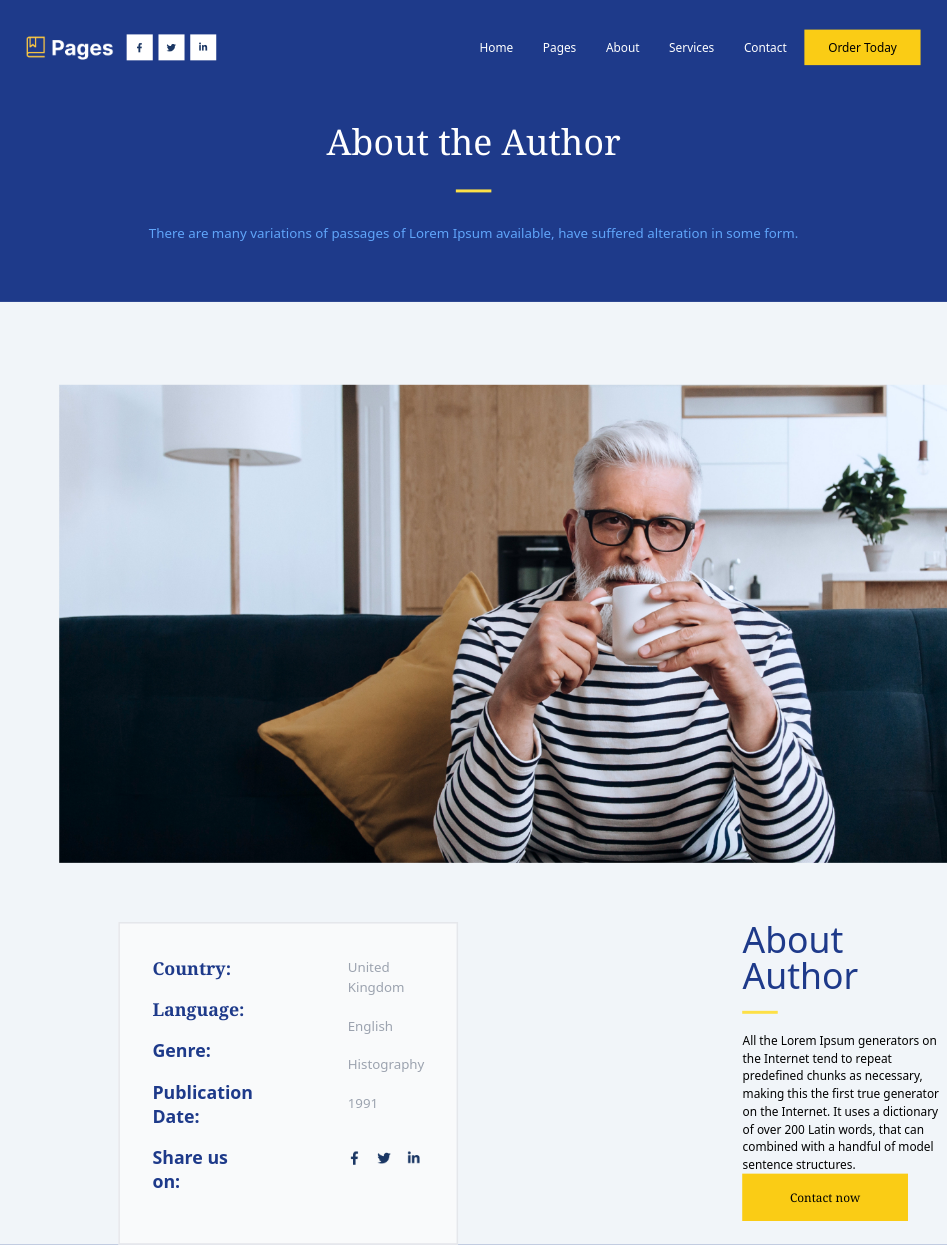
Repository: Godnorg/Class3
Page: index.html
The author's editor kept a copy of each file at every save. The page is drawn from the files as they stood at one save, then again after the next save.
The browser window is 1280 px wide. The pictures show the whole page, at 74% of full size.
Some web libraries are served in a nearby version.

Above is the page before, as saved 2023-02-20 02:48:28.

After the next save:
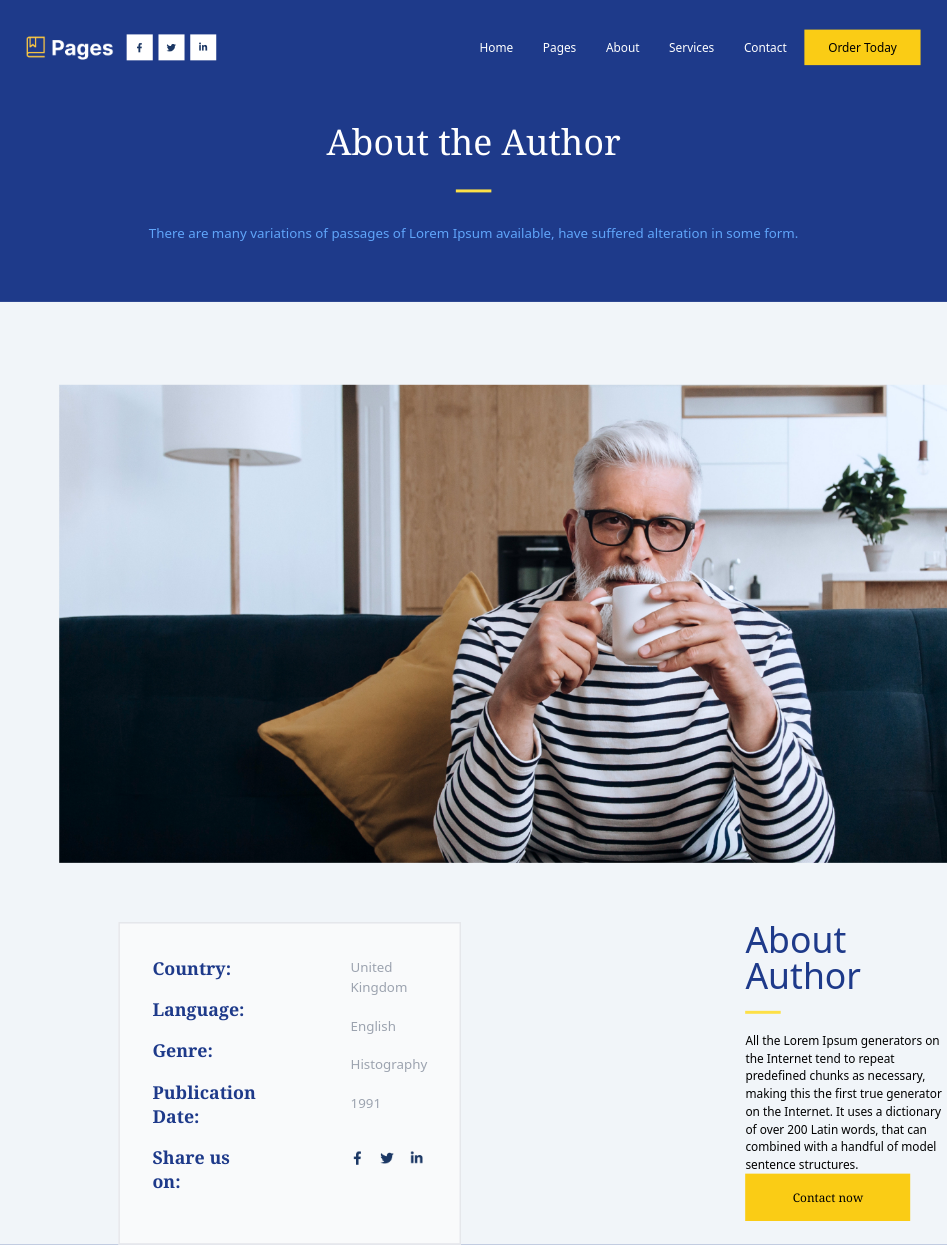
Saved 5 s later.
--- a/index.html
+++ b/index.html
@@ -41,10 +41,10 @@
             <div class="flex mt-0 border-2 pt-11 px-11 pb-11">
                 <div class="pr-32">
                 <h2 class="pb-6 font-serif text-2xl font-bold text-blue-900">Country:</h2>
-                <h2 class="pb-6 text-2xl font-bold font-serif text-blue-900">Language:</h2>
-                <h2 class="pb-6 text-2xl font-bold  text-blue-900">Genre:</h2>
-                <h2 class="pb-6 text-2xl font-bold text-blue-900">Publication Date:</h2>
-                <h2 class="pb-6 text-2xl font-bold text-blue-900">Share us on:</h2>
+                <h2 class="pb-6 font-serif text-2xl font-bold text-blue-900">Language:</h2>
+                <h2 class="pb-6 font-serif text-2xl font-bold text-blue-900">Genre:</h2>
+                <h2 class="pb-6 font-serif text-2xl font-bold text-blue-900">Publication Date:</h2>
+                <h2 class="pb-6 font-serif text-2xl font-bold text-blue-900">Share us on:</h2>
                 </div>
                 <div class="p-0">
                 <p class="pb-6 pr-0 text-lg text-gray-400">United Kingdom</p>
